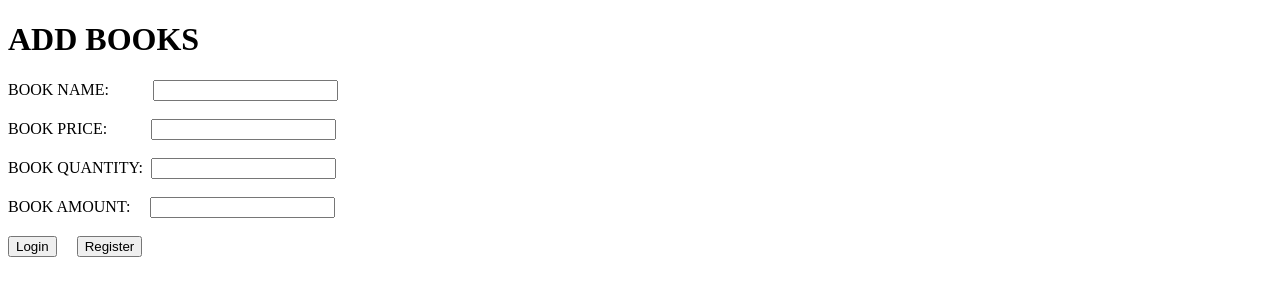
Repository: nikhilbad7/jsp-practicals
Page: classwork/WebContent/exp12addbooks.html
The author's editor kept a copy of each file at every save. The page is drawn from the files as they stood at one save, then again after the next save.
The browser window is 1280 px wide. The pictures show the whole page.

Above is the page before, as saved 2018-04-11 07:58:42.

### classwork/WebContent/exp12addbooks.html
<!DOCTYPE html>
<html>
	<head>
		<title>ADD BOOKS</title>
		<script type="text/javascript">
			function register(){
				window.location("exp11.html");
			}
		</script>
	</head>
	<body>
	<h1>ADD BOOKS</h1>
		<form action="Exp12showbooks.jsp">
		BOOK NAME: &nbsp;&nbsp;&nbsp;&nbsp;&nbsp;&nbsp;&nbsp;&nbsp;&nbsp;&nbsp;<input type="text" name="name"  /><br/><br/>
		 BOOK PRICE: &nbsp;&nbsp;&nbsp;&nbsp;&nbsp;&nbsp;&nbsp;&nbsp; &nbsp;<input type="password" name="pass"  /><br/><br/>
		 		 BOOK QUANTITY: &nbsp;<input type="password" name="pass"  /><br/><br/>
		 		 BOOK AMOUNT: &nbsp;&nbsp;&nbsp;&nbsp;<input type="password" name="pass"  /><br/><br/>
			<input type="submit" value="Login" />  &nbsp;&nbsp;&nbsp;
			<input type="button" value="Register" onclick="register()"/>
		</form>
	</body>
</html>

After the next save:
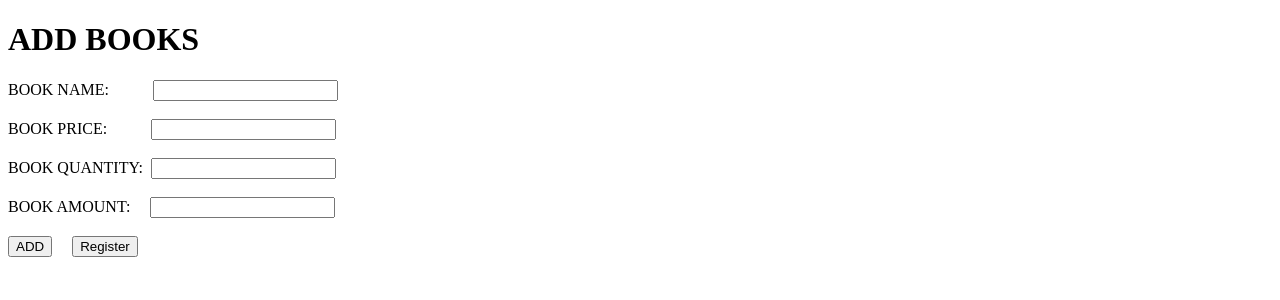
Saved 30 s later.
--- a/classwork/WebContent/exp12addbooks.html
+++ b/classwork/WebContent/exp12addbooks.html
@@ -15,7 +15,7 @@
 		 BOOK PRICE: &nbsp;&nbsp;&nbsp;&nbsp;&nbsp;&nbsp;&nbsp;&nbsp; &nbsp;<input type="password" name="pass"  /><br/><br/>
 		 		 BOOK QUANTITY: &nbsp;<input type="password" name="pass"  /><br/><br/>
 		 		 BOOK AMOUNT: &nbsp;&nbsp;&nbsp;&nbsp;<input type="password" name="pass"  /><br/><br/>
-			<input type="submit" value="Login" />  &nbsp;&nbsp;&nbsp;
+			<input type="submit" value="ADD" />  &nbsp;&nbsp;&nbsp;
 			<input type="button" value="Register" onclick="register()"/>
 		</form>
 	</body>
